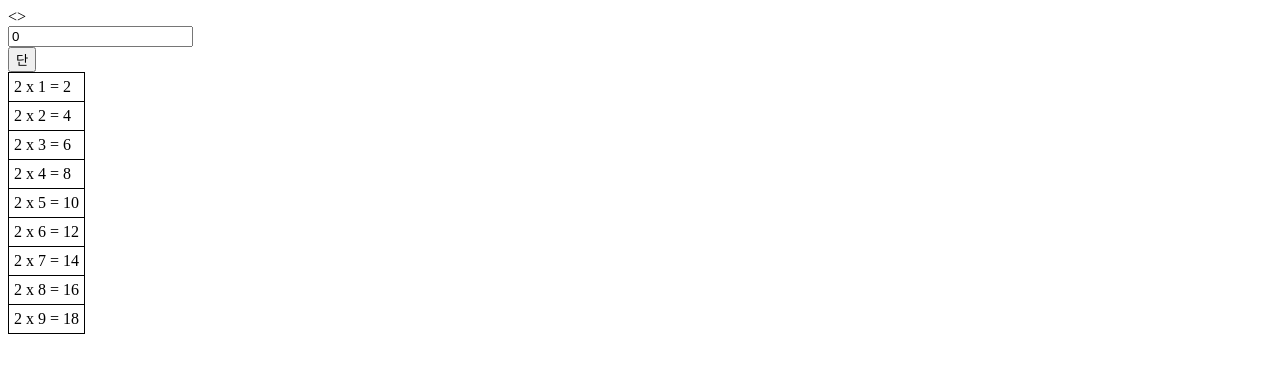
Repository: 5anniversary/JSPhw
Page: http://localhost/lecture1/test/mid1.jsp
An editor plug-in stored every save of this project. The page is shown before and after a run of saves, followed by the edit.
The browser window is 1280 px wide. The pictures show the whole page.
The page is served by Tomcat 9. Other server files are loaded and not shown.

Above is the page before, as saved 2020-05-04 03:11:05.

### lecture1/WebContent/test/mid1.jsp
<%@ page language="java" contentType="text/html; charset=UTF-8" pageEncoding="UTF-8"%>
<!DOCTYPE html>
<html>
<head>
<meta charset="UTF-8">
<style>
table {
	border: 1px solid;
	border-collapse: collapse;
}

tr, td {
	border: 1px solid;
	padding: 5px;
}
</style>
</head>
<body>
<>
	<div class="container">
		<form action="text1action.jsp" method="post">
			<div>
				<input type="text" name="number" value="0" />
			</div>
			<button type="submit" name="cmd" value="ok">단</button>
		</form>
		<table>
			<%for (int i = 1; i < 10; i++) {%>
			<tr>
				<% for (int j = 2; j < 3; j++) { %>
				<td>
					<% out.print(j + " x " + i + " = " + (i * j)); %>
				</td>
				<%} %>
			</tr>
			<%}%>
		</table>
	</div>
</body>
</html>

After the next 2 saves:
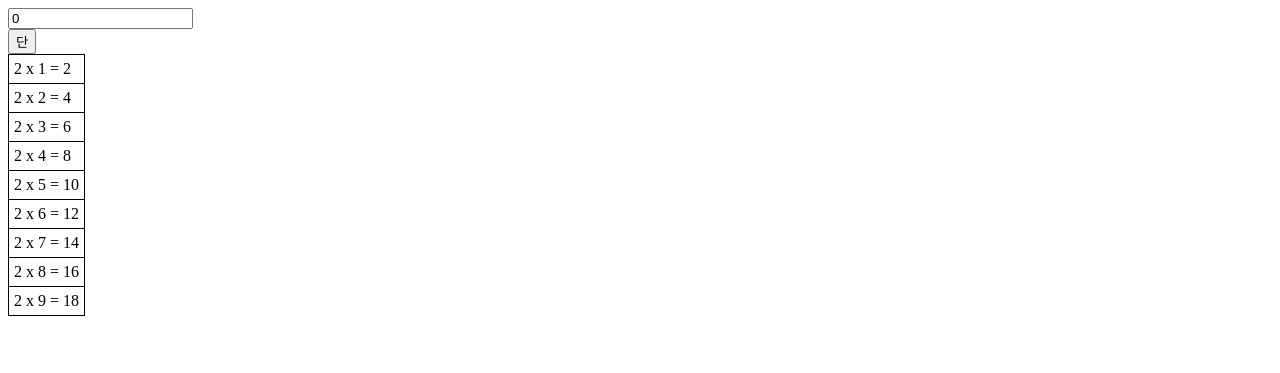
The 2 saves are shown as one change because they came seconds apart.
The last was saved 26 s later.
--- a/lecture1/WebContent/test/mid1.jsp
+++ b/lecture1/WebContent/test/mid1.jsp
@@ -16,7 +16,9 @@ tr, td {
 </style>
 </head>
 <body>
-<>
+<%
+
+%>
 	<div class="container">
 		<form action="text1action.jsp" method="post">
 			<div>
